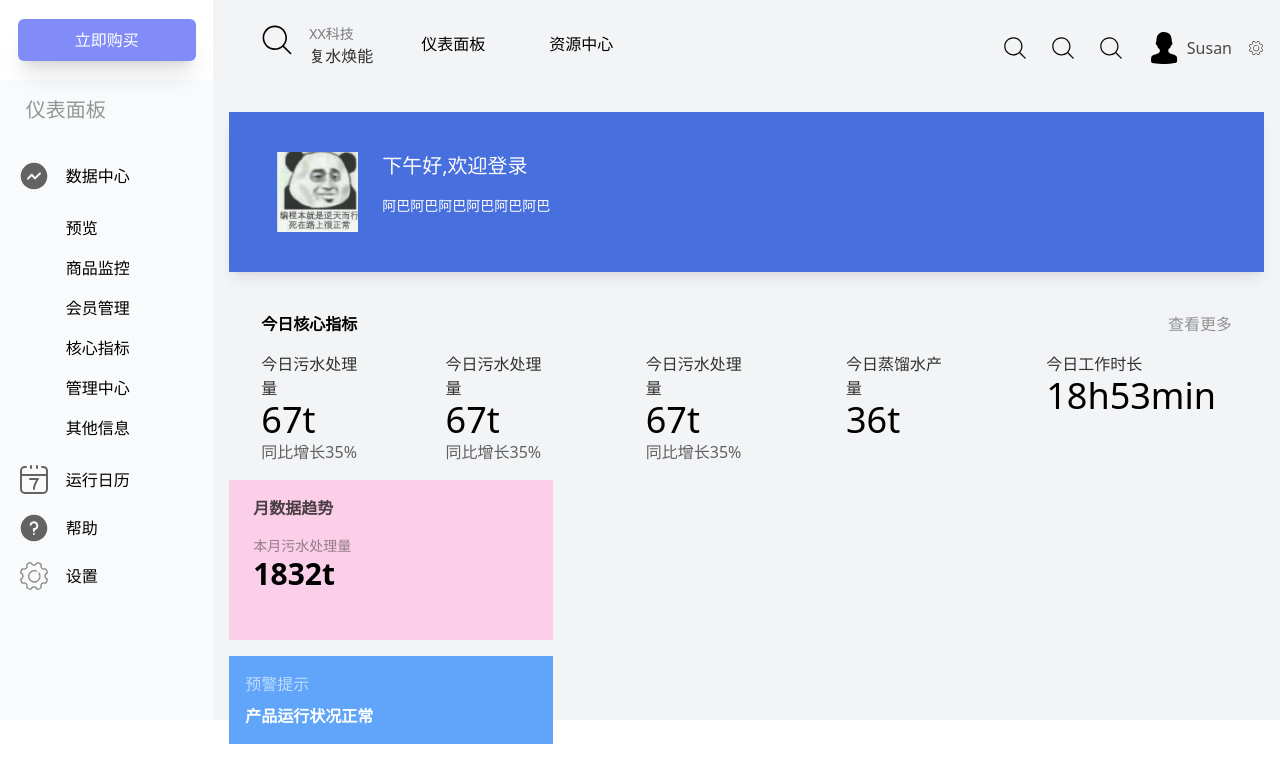
Repository: LiuRuohui/useWater
Page: /
An editor plug-in stored every save of this project. The page is shown before and after the next save, followed by the edit.
The browser window is 1280 px wide. The pictures show the whole page.
The project was rebuilt for these pictures with package versions that can differ from the ones it lists, and the page was loaded fresh each time. Also part of the build but not shown: vite.config.js.

Above is the page before, as saved 2022-04-06 23:50:59.

### src/App.vue
<script setup>
import HelloWorld1 from './components/HelloWorld.vue';
</script>

<template>
  <HelloWorld1></HelloWorld1>
</template>

<style>
</style>

### src/index.css
@tailwind base;
@tailwind components;
.inputFrame {
    @apply appearance-none rounded-none relative block w-full px-3 py-2 border border-gray-300 placeholder-gray-500 text-gray-900
}

.inputFrame:focus {
    @apply outline-none border-indigo-500 z-10 inline-block px-5 py-3 rounded-lg shadow-lg
}

.btn {
    @apply relative flex w-full justify-center py-2 border border-transparent font-medium rounded-md text-white bg-indigo-400
}

.btn:hover {
    @apply bg-indigo-500
}

.btn:focus {
    @apply outline-none ring-2 ring-offset-2 ring-indigo-400
}

@tailwind utilities;

### src/components/HelloWorld.vue
<script setup>

</script>

<template>
<div class="w-full h-screen flex flex-row select-none">
  <div class="w-1/5 h-screen justify-center items-center flex flex-col">
    <div class="w-full h-20 justify-center items-center flex">
        <div class="w-5/6">
            <button class="btn text-white justify-center items-center shadow-xl">立即购买</button>
        </div>
    </div>
    <div class="w-full flex flex-grow bg-gray-50 justify-center">
        <div class="w-5/6 pt-4 flex flex-col">
            <div class="h-8 text-xl opacity-40 pl-2">仪表面板</div>
            <div class="mt-4 flex flex-grow flex-col">
                <div class="flex flex-col py-2 hover:cursor-pointer">
                    <div class="flex flex-row py-2 hover:bg-blue-200 hover:cursor-pointer">
                      <img src="../assets/数据.svg" alt="" class="h-8 opacity-60">
                      <div class="pl-4 pt-1">数据中心</div>
                    </div>
                    <div class="mt-2 flex flex-col hover:cursor-pointer">
                        <div class="py-2 pl-12 hover:bg-blue-200">预览</div>
                        <div class="py-2 pl-12 hover:bg-blue-200">商品监控</div>
                        <div class="py-2 pl-12 hover:bg-blue-200">会员管理</div>
                        <div class="py-2 pl-12 hover:bg-blue-200">核心指标</div>
                        <div class="py-2 pl-12 hover:bg-blue-200">管理中心</div>
                        <div class="py-2 pl-12 hover:bg-blue-200">其他信息</div>
                    </div>
                </div>
                <div class="flex flex-row py-2 hover:bg-blue-200 hover:cursor-pointer">
                  <img src="../assets/日历.svg" alt="" class="h-8 opacity-60">
                  <div class="pl-4 pt-1">运行日历</div>
                </div>
                <div class="flex flex-row py-2 hover:bg-blue-200 hover:cursor-pointer">
                  <img src="../assets/帮助.svg" alt="" class="h-8 opacity-60">
                  <div class="pl-4 pt-1">帮助</div>
                </div>
                <div class="flex flex-row py-2 hover:bg-blue-200 hover:cursor-pointer">
                  <img src="../assets/设置.svg" alt="" class="h-8 opacity-60">
                  <div class="pl-4 pt-1">设置</div>
                </div>
            </div>
        </div>
    </div>
  </div>
  <div class="w-full flex flex-grow flex-col bg-gray-100">
      <div class="flex flex-row h-24">
          <img src="../assets/搜索.svg" alt="" class="h-8 mt-6 pl-12 hover:cursor-pointer">
          <div class="flex flex-col pt-6 px-4 hover:cursor-pointer">
              <div class="text-sm opacity-50">XX科技</div>
              <div class="text-md opacity-80">复水焕能</div>
          </div>
          <div class="text-base px-8 pt-8 hover:cursor-pointer">仪表面板</div>
          <div class="text-base px-8 pt-8 hover:cursor-pointer">资源中心</div>
          <div class="flex flex-grow flex-row-reverse">
              <img src="../assets/设置.svg" alt="" class="h-4 mt-10 mr-4 hover:cursor-pointer hover:bg-blue-100">
              <span class="my-9 mr-4 text-black text-base opacity-70 hover:cursor-pointer hover:bg-blue-100">Susan</span>
              <img src="../assets/用户.svg" alt="" class="h-8 mt-8 mr-2 hover:cursor-pointer hover:bg-blue-100">
              <img src="../assets/搜索.svg" alt="" class="h-6 mt-9 mr-6 hover:cursor-pointer hover:bg-blue-100">
              <img src="../assets/搜索.svg" alt="" class="h-6 mt-9 mr-6 hover:cursor-pointer hover:bg-blue-100">
              <img src="../assets/搜索.svg" alt="" class="h-6 mt-9 mr-6 hover:cursor-pointer hover:bg-blue-100">
          </div>
      </div>
      <div class="m-4 bg-blue-700 h-40 opacity-80 shadow-lg">
          <div class="flex flex-row h-24 my-8">
              <img src="../assets/测试图片.jpg" alt="" class="h-20 my-auto pl-12">
              <div class="flex flex-col pl-6 pt-2">
                  <div class="text-xl text-white">下午好,欢迎登录</div>
                  <div class="text-sm text-white pt-4">阿巴阿巴阿巴阿巴阿巴阿巴</div>
              </div>
          </div>
      </div>
      <div class="h-40 my-2 mx-4">
          <div class="flex flex-col pt-4 pl-8">
              <div class="flex flex-row">
                  <div class="font-black text-black">今日核心指标</div>
                  <div class="flex flex-grow flex-row-reverse opacity-40 pr-8">查看更多</div>
              </div>
              <div class="flex flex-grow flex-row mt-4">
                  <div class="flex flex-col pr-8">
                      <div class="opacity-80">今日污水处理量</div>
                      <div class="text-4xl">67t</div>
                      <div class="opacity-60">同比增长35%</div>
                  </div>
                  <div class="flex flex-col px-12">
                      <div class="opacity-80">今日污水处理量</div>
                      <div class="text-4xl">67t</div>
                      <div class="opacity-60">同比增长35%</div>
                  </div>
                  <div class="flex flex-col px-12">
                      <div class="opacity-80">今日污水处理量</div>
                      <div class="text-4xl">67t</div>
                      <div class="opacity-60">同比增长35%</div>
                  </div>
                  <div class="flex flex-col px-12">
                      <div class="opacity-80">今日蒸馏水产量</div>
                      <div class="text-4xl">36t</div>
                  </div>
                  <div class="flex flex-col px-12">
                      <div class="opacity-80">今日工作时长</div>
                      <div class="text-4xl">18h53min</div>
                  </div>
              </div>
          </div>
      </div>
      <div class="flex flex-grow flex-row">
          <div class="w-1/3 flex flex-col">
              <div class="flex h-40 m-4 bg-pink-200 flex-col">
                  <div class="font-bold opacity-70 my-4 ml-6">月数据趋势</div>
                  <div class="flex flex-grow flex-col ml-6">
                      <div class="opacity-40 text-sm">本月污水处理量</div>
                      <div class="font-bold text-3xl">1832t</div>
                  </div>
              </div>
              <div class="flex flex-grow bg-blue-400 mx-4 mb-4">
                  <div class="w-full flex flex-col m-4">
                      <div class="w-full flex flex-row">
                          <div class="text-white mb-2 text-base opacity-60">预警提示</div>
                      </div>
                      <div class="text-white font-semibold">产品运行状况正常</div>
                  </div>
              </div>
          </div>
      </div>
  </div>
</div>
</template>

<style scoped>

</style>

### tailwind.config.js
module.exports = {
    content: [
        "./index.html",
        "./src/**/*.{vue,js,ts,jsx,tsx}",
    ],
    theme: {
        extend: {},
    },
    variants: {
        backgroundColor: ['responsive', 'hover', 'focus', 'active']
    },
    plugins: [],
}

Loaded but not shown: index.html (common file); src/main.js (common file)

After the next save:
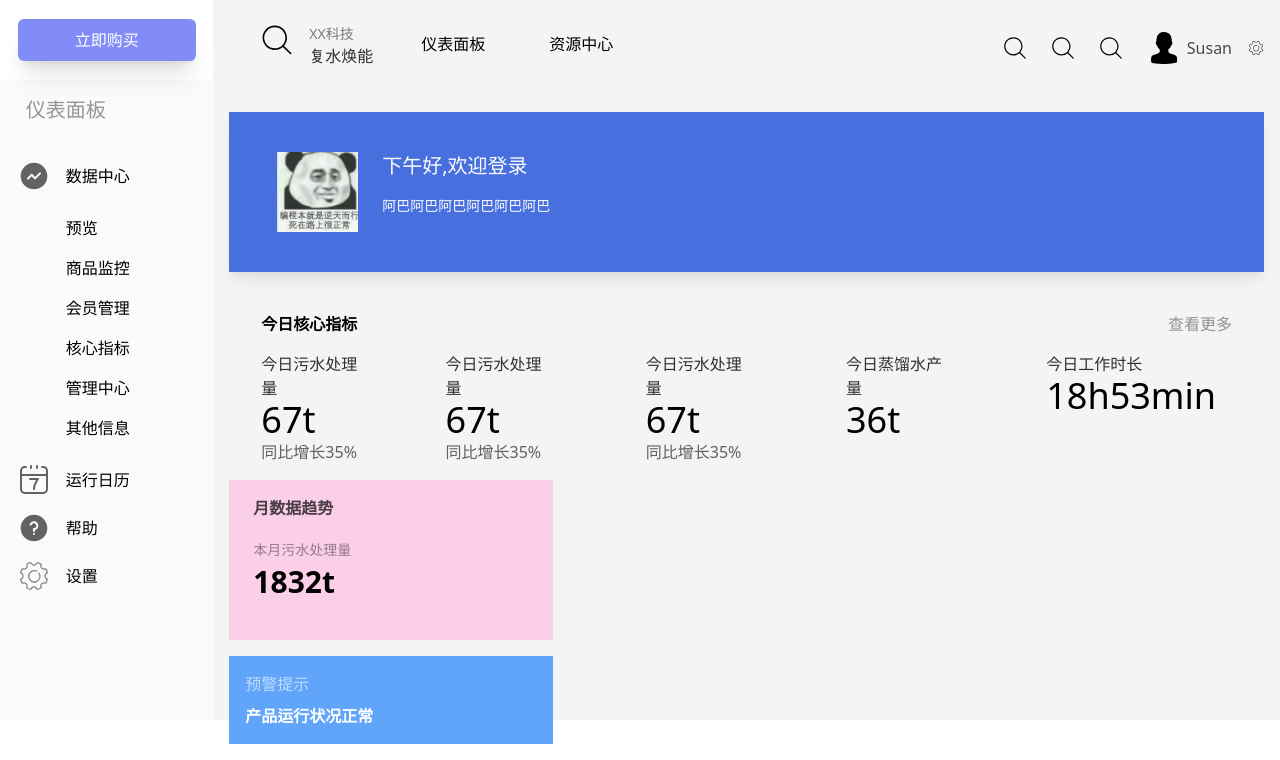
Saved 9 s later.
--- a/src/components/HelloWorld.vue
+++ b/src/components/HelloWorld.vue
@@ -109,7 +109,7 @@
               <div class="flex h-40 m-4 bg-pink-200 flex-col">
                   <div class="font-bold opacity-70 my-4 ml-6">月数据趋势</div>
                   <div class="flex flex-grow flex-col ml-6">
-                      <div class="opacity-40 text-sm">本月污水处理量</div>
+                      <div class="opacity-40 text-sm my-1">本月污水处理量</div>
                       <div class="font-bold text-3xl">1832t</div>
                   </div>
               </div>
